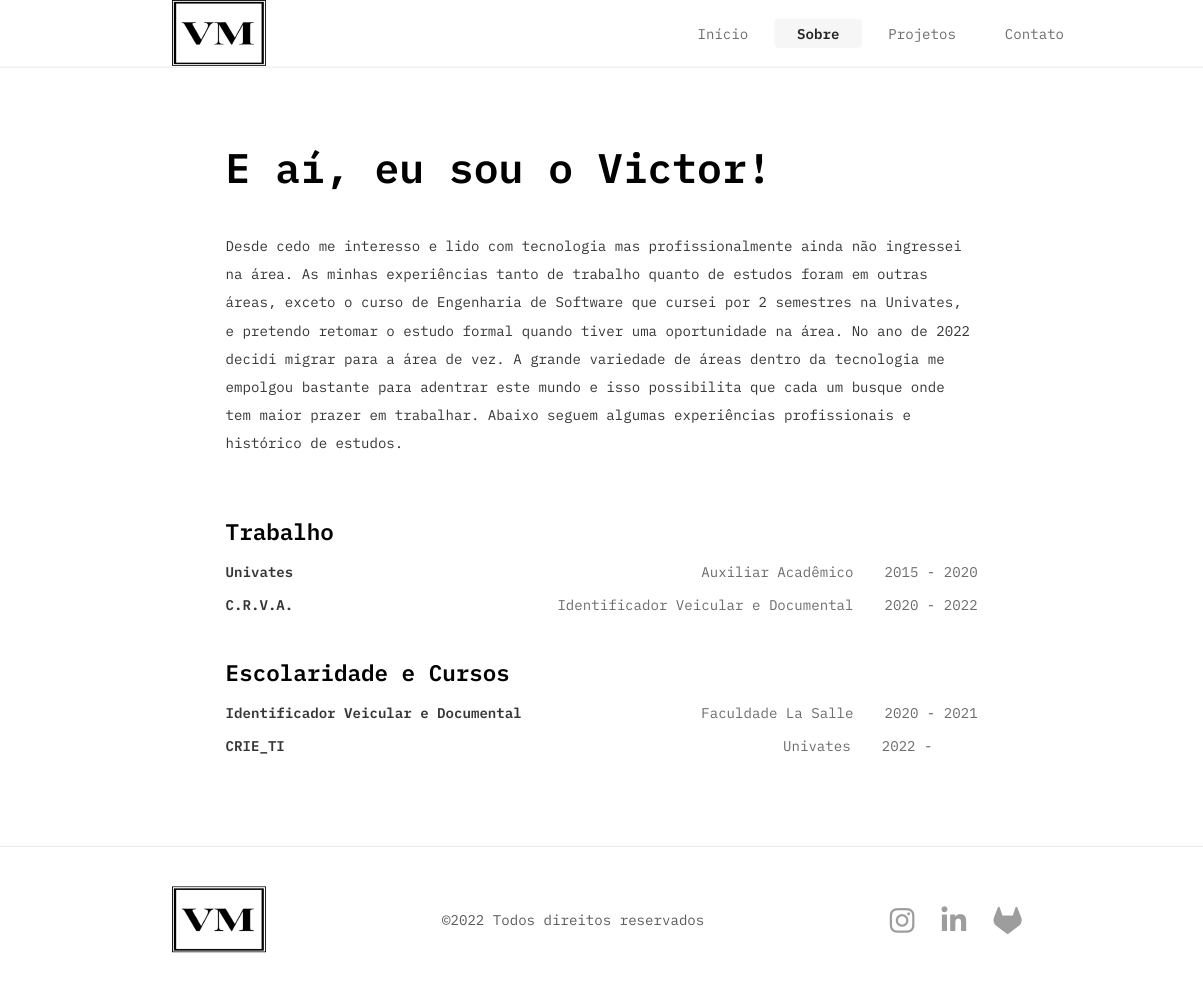
Repository: viictormatias/viictormatias.github.io
Page: about.html
The author's editor kept a copy of each file at every save. The page is drawn from the files as they stood at one save, then again after the next save.
The browser window is 1280 px wide. The pictures show the whole page, at 94% of full size.
Some web libraries are served in a nearby version.

Above is the page before, as saved 2023-01-23 10:49:26.

After the next save:
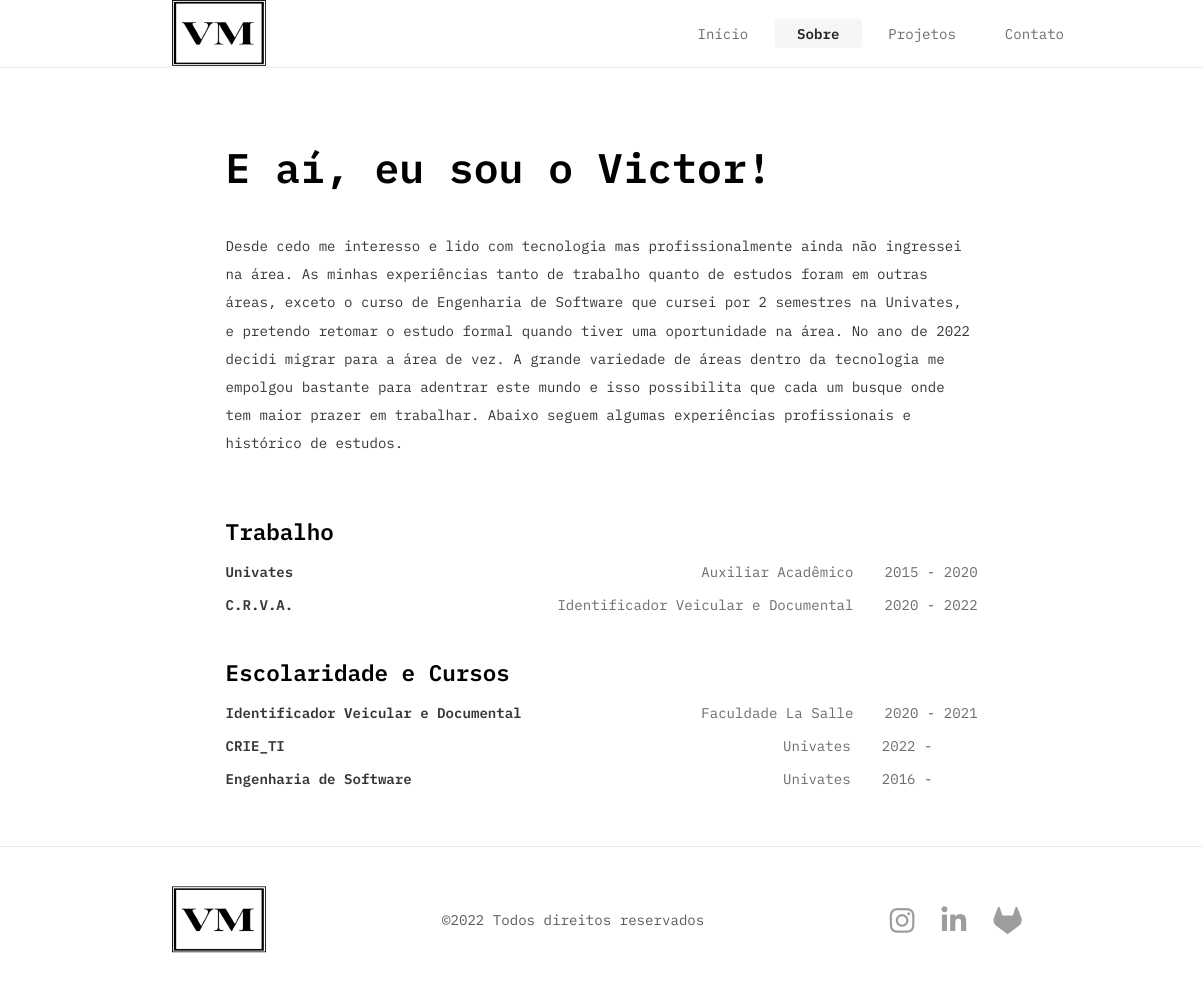
Saved 94 s later.
--- a/about.html
+++ b/about.html
@@ -91,6 +91,10 @@
             <span class="company">CRIE_TI</span>
             <span class="position">Univates  &emsp; 2022 - &emsp;&emsp;&nbsp;</span>
         </div>
+        <div class="jobs">
+            <span class="company">Engenharia de Software</span>
+            <span class="position">Univates  &emsp; 2016 - &emsp;&emsp;&nbsp;</span>
+        </div>
     </section>
 </body>
 </html>
